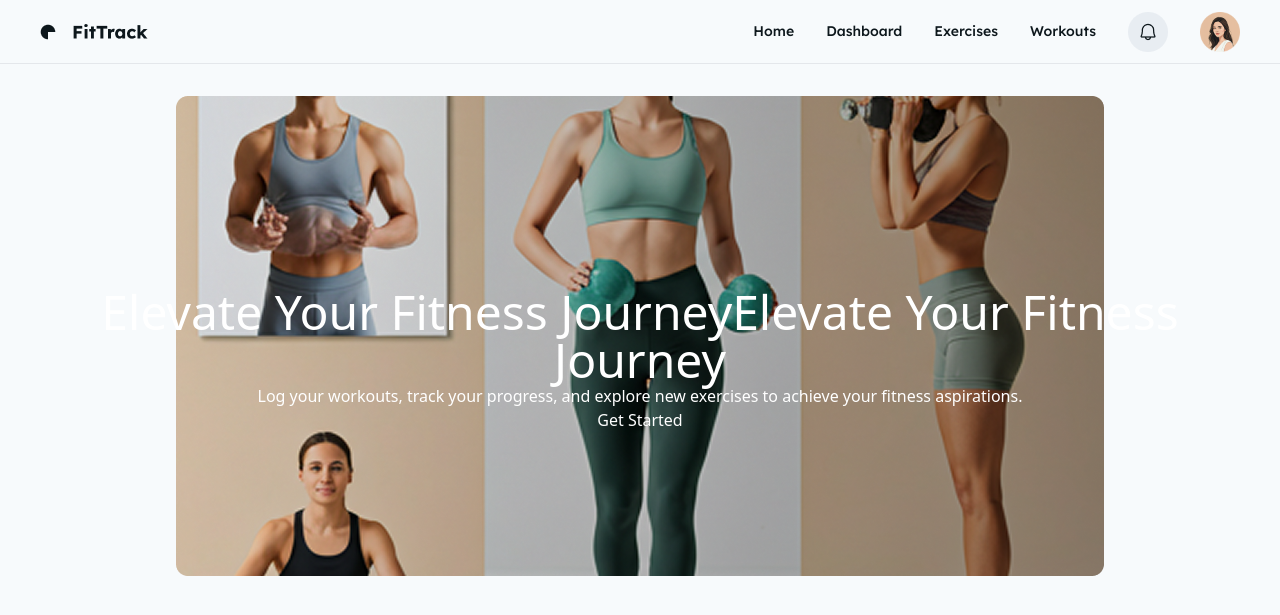
Repository: Emy-gold/fitness-tracking-platform
Page: /
These files come from the project's save history. The page is drawn as it stood at one moment and after the next save; the edit follows.
The browser window is 1280 px wide. The pictures show the whole page.
The project was rebuilt for these pictures with package versions that can differ from the ones it lists, and the page was loaded fresh each time. Also part of the build but not shown: vite.config.js, src/Pages/Dashboard.jsx, src/Pages/Exercises.jsx, src/Pages/Workouts.jsx, src/components/Footer.jsx.

Above is the page before, as saved 2025-08-24 22:16:38.

### index.html
<!doctype html>
<html lang="en">

<head>
  <meta charset="UTF-8" />
  <link rel="icon" type="image/svg+xml" href="/vite.svg" />
  <meta name="viewport" content="width=device-width, initial-scale=1.0" />
  <link href="https://fonts.googleapis.com/css2?family=Lexend:wght@300;400;500;600;700&display=swap" rel="stylesheet">
  <title>Vite + React</title>
</head>

<body>
  <div id="root"></div>
  <script type="module" src="/src/main.jsx"></script>
</body>

</html>

### src/index.css
@tailwind base;
@tailwind components;
@tailwind utilities;

body{
    padding: 0;
    margin: 0;
        background-color: #F7FAFC;
}

### src/App.jsx
import './App.css';
import { BrowserRouter as Router, Routes, Route } from 'react-router-dom';
import Home from './Pages/Home';
import Dashboard from './Pages/Dashboard.jsx';
import Exercises from './Pages/Exercises.jsx';
import Workouts from './Pages/Workouts.jsx';
import Header from './components/Header.jsx';
import Footer from './components/Footer';


function App() {

  return (
    <>

      <Router>
        <Header />
        <Routes>
          <Route path="/" element={<Home />} />
          <Route path="/dashboard" element={<Dashboard />} />
          <Route path="/exercises" element={<Exercises />} />
          <Route path="/workouts" element={<Workouts />} />
        </Routes>
      </Router>
    </>
  )
}

export default App

### src/App.css
#root {
    margin: 0 auto;
    padding: 0;
    text-align: center;

}

.logo {
    height: 6em;
    padding: 1.5em;
    will-change: filter;
    transition: filter 300ms;
}
.logo:hover {
    filter: drop-shadow(0 0 2em #646cffaa);
}
.logo.react:hover {
    filter: drop-shadow(0 0 2em #61dafbaa);
}

@keyframes logo-spin {
    from {
    transform: rotate(0deg);
    }
    to {
    transform: rotate(360deg);
    }
}

@media (prefers-reduced-motion: no-preference) {
    a:nth-of-type(2) .logo {
    animation: logo-spin infinite 20s linear;
    }
}

.card {
    padding: 2em;
}

.read-the-docs {
    color: #888;
}

### src/Pages/Home.jsx
import React from 'react';
import Header from '../components/Header';
import homepic from "../assets/home.png";

function Home() {
    return (
        <>
            <main className='flex justify-center'>
                <section className='my-8'>
                    <img src={homepic} className="" />
                    <div className="absolute inset-0 flex flex-col items-center justify-center text-center text-white p-4">
                        <h1 className='text-5xl'>Elevate Your Fitness JourneyElevate Your Fitness Journey</h1>
                        <p>Log your workouts, track your progress, and explore new exercises to achieve your fitness aspirations.</p>
                        <button>Get Started</button>
                    </div>
                </section >
                <section></section>
                <section></section>
            </main >
        </>

    )
}

export default Home

### src/components/Header.jsx
import React from 'react';
import { Link } from 'react-router-dom';
import logo from "../assets/logo.png";
import icon from "../assets/notifeicon.png";
import profilePic from "../assets/profilepic.png";

function Header() {
    return (
        <>
            <header className='bg-primary border-b border-gray-300/50 sticky w-full h-16 top-0 z-50 px-10'>
                <div className="flex relative justify-between items-center h-full">
                    <Link to="/" className='flex items-center'>
                        <img
                            src={logo}
                            alt="logo"
                            className='hover:opacity-20 transition-opacity duration-300'
                        />
                    </Link>

                    <nav className='flex gap-8 items-center ml-auto'>
                        <Link to="/" className='font-lexend font-medium text-sm text-textColor hover:scale-105 leading-[21px]'>Home</Link>
                        <Link to="/dashboard" className='font-lexend font-medium text-sm text-textColor hover:scale-105 leading-[21px]'>Dashboard</Link>
                        <Link to="/exercises" className='font-lexend font-medium text-sm text-textColor hover:scale-105 leading-[21px]'>Exercises</Link>
                        <Link to="/workouts" className='font-lexend font-medium text-sm text-textColor hover:scale-105 leading-[21px]'>Workouts</Link>
                        <img src={icon} className='hover:scale-105 duration-200' />
                        <img src={profilePic} className='h-10 w-10 hover:scale-105 duration-200' />
                    </nav>

                    <div></div>
                </div>
            </header>
        </>
    )
}

export default Header;

### tailwind.config.js

/** @type {import('tailwindcss').Config} */
export default {
  content: [
    "./index.html",
    "./src/**/*.{js,ts,jsx,tsx}",
  ],
  theme: {
    extend: {
      fontFamily: {
        lexend: ['Lexend', 'sans-serif'],
      },
      colors: {
        primary: "#F7FAFC",
        textColor: "#0D171C",
      }
    },
  },
  plugins: [],
}

Loaded but not shown: src/main.jsx (common file)

After the next save:
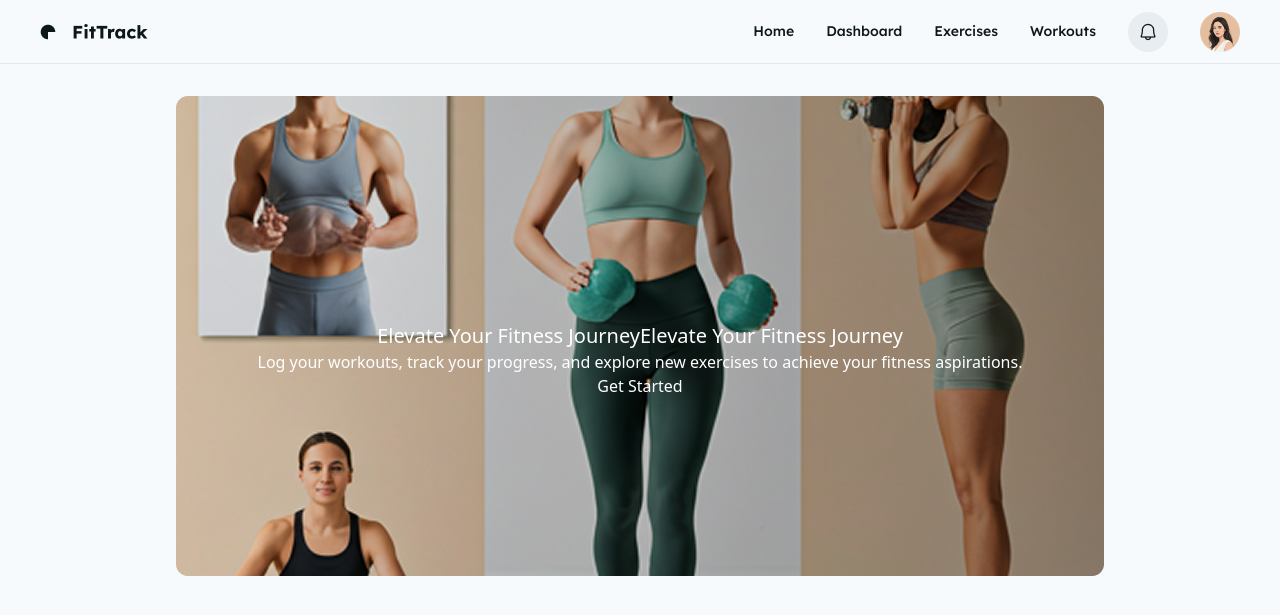
Saved 9 s later.
--- a/src/Pages/Home.jsx
+++ b/src/Pages/Home.jsx
@@ -9,7 +9,7 @@ function Home() {
                 <section className='my-8'>
                     <img src={homepic} className="" />
                     <div className="absolute inset-0 flex flex-col items-center justify-center text-center text-white p-4">
-                        <h1 className='text-5xl'>Elevate Your Fitness JourneyElevate Your Fitness Journey</h1>
+                        <h1 className='text-xl'>Elevate Your Fitness JourneyElevate Your Fitness Journey</h1>
                         <p>Log your workouts, track your progress, and explore new exercises to achieve your fitness aspirations.</p>
                         <button>Get Started</button>
                     </div>
